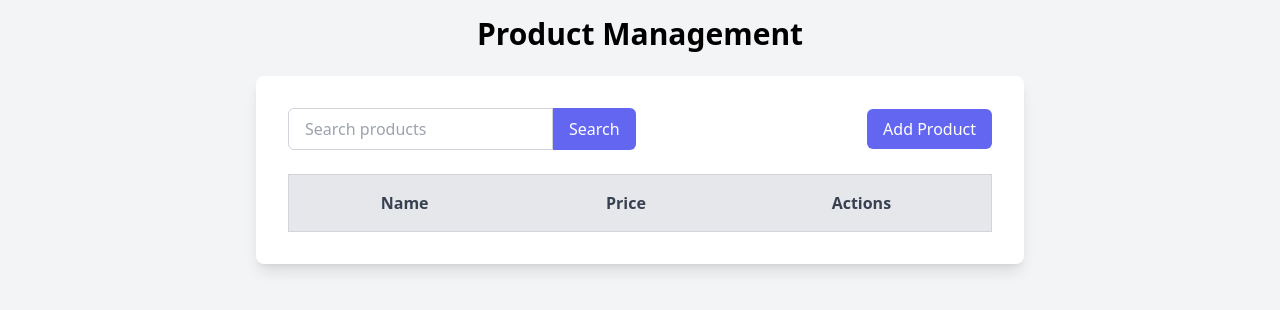
Repository: shaafsalman/product-Management-MERN
Page: /home (app in frontend/)
An editor plug-in stored every save of this project. The page is shown before and after the next save, followed by the edit.
The browser window is 1280 px wide. The pictures show the whole page.
The page's requests for data from a server got no answer. The project was rebuilt for these pictures with package versions that can differ from the ones it lists, and the page was loaded fresh each time. No one was signed in, and anything a server would have sent is missing. Also part of the build but not shown: frontend/vite.config.js, frontend/src/Cards/messageCard.jsx, frontend/src/Pages/Login.jsx, frontend/src/Pages/SighnUp.jsx, frontend/src/Pages/NoPage.jsx, frontend/src/Pages/AddProduct.jsx.

Above is the page before, as saved 2024-05-15 07:39:10.

After the next save:
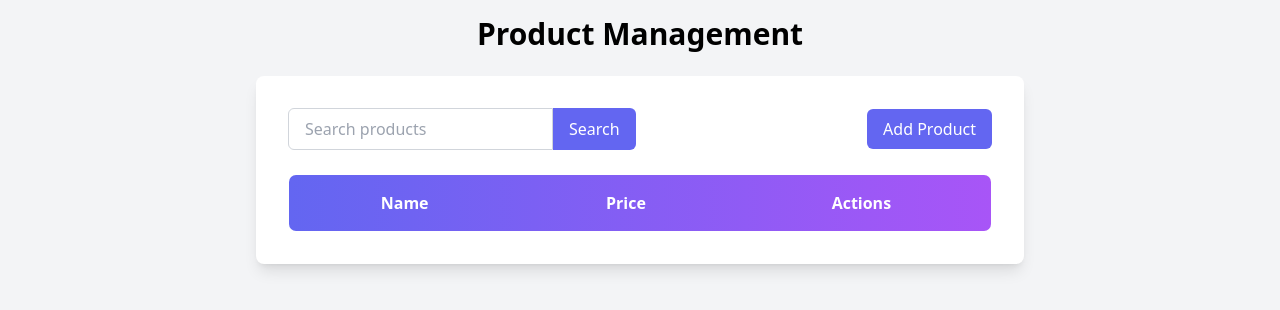
Saved 36 s later.
--- a/frontend/src/Pages/Home.jsx
+++ b/frontend/src/Pages/Home.jsx
@@ -106,9 +106,9 @@ const Home = () => {
             Add Product
           </button>
         </div>
-        <table className="w-full border border-collapse border-gray-300">
+        <table className="w-full border-collapse border border-gray-300 rounded-lg overflow-hidden">
   <thead>
-    <tr className="bg-gray-200 text-gray-700">
+    <tr className="bg-gradient-to-r from-indigo-500 to-purple-500 text-white">
       <th className="px-6 py-4 text-center">Name</th>
       <th className="px-6 py-4 text-center">Price</th>
       <th className="px-6 py-4 text-center">Actions</th>
@@ -116,19 +116,19 @@ const Home = () => {
   </thead>
   <tbody>
     {searchResults.map((product, index) => (
-      <tr key={index} className={(index % 2 === 0) ? "bg-gray-100" : "bg-white"}>
+      <tr key={index} className={(index % 2 === 0) ? "bg-gray-50" : "bg-white"}>
         <td className="px-6 py-4 text-center text-gray-800">{product.name}</td>
         <td className="px-6 py-4 text-center text-gray-800">{product.price}</td>
         <td className="px-6 py-4 space-x-2 flex justify-center">
           <button
             onClick={() => handleUpdateProduct(product._id, { name: 'Updated Name', price: 0 })}
-            className="px-4 py-2 bg-blue-500 text-white rounded-md hover:bg-blue-600 focus:outline-none focus:bg-blue-600 transition duration-300"
+            className="px-4 py-2 bg-indigo-600 text-white rounded-md hover:bg-indigo-700 focus:outline-none focus:bg-indigo-700 transition duration-300"
           >
             Update
           </button>
           <button
             onClick={() => handleDeleteProduct(product._id)}
-            className="px-4 py-2 bg-indigo-500 text-white rounded-md hover:bg-indigo-600 focus:outline-none focus:bg-indigo-600 transition duration-300"
+            className="px-4 py-2 bg-purple-600 text-white rounded-md hover:bg-purple-700 focus:outline-none focus:bg-purple-700 transition duration-300"
           >
             Delete
           </button>
@@ -137,6 +137,7 @@ const Home = () => {
     ))}
   </tbody>
 </table>
+
 
 
 
